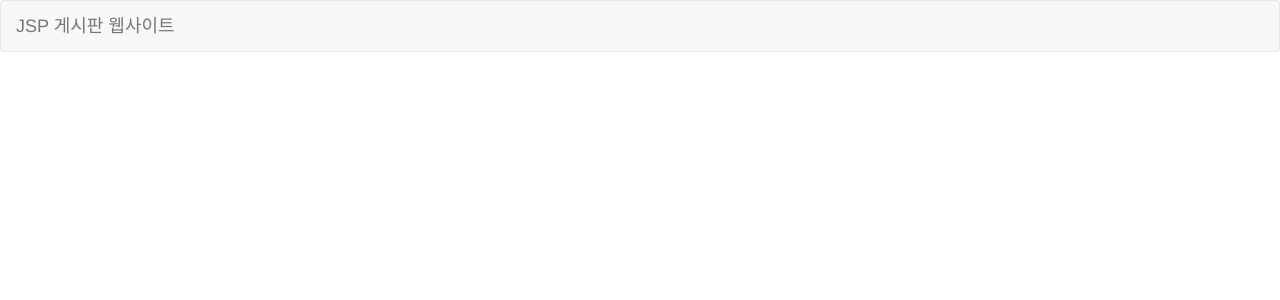
Repository: Minsu9130/JSP-
Page: http://localhost/BBS/join.jsp
The author's editor kept a copy of each file at every save. The page is drawn from the files as they stood at one save, then again after the next save.
The browser window is 1280 px wide. The pictures show the whole page.
Some web libraries are served in a nearby version. The page is served by Tomcat 9.

Above is the page before, as saved 2021-07-01 08:12:34.

After the next save:
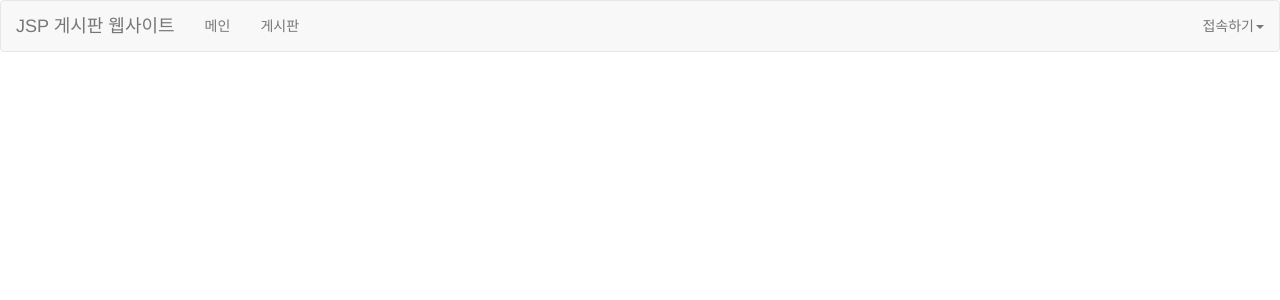
Saved 8 min 11 s later.
--- a/BBS/WebContent/join.jsp
+++ b/BBS/WebContent/join.jsp
@@ -19,6 +19,20 @@
 			</button>
 			<a class="navbar-brand" href="main.jsp">JSP 게시판 웹사이트</a>
 		</div>
+		<div class="collapse navbar-collapse" id="bs-example-navbar-collapse-1">
+			<ul class="nav navbar-nav">
+				<li><a href="main.jsp">메인</a></li>
+				<li><a href="bbs.jsp">게시판</a></li>
+			</ul>
+			<ul class="nav navbar-nav navbar-right">
+				<li class="dropdown">
+					<a href="#" class="dropdown-toggle"
+						data-toggle="dropdown" role="button" aria-haspopup="true"
+						aria-expanded="false">접속하기<span class="caret"></span></a>
+
+				</li>
+			</ul>
+		</div>
 	</nav>
 	<script src="https://code.jquery.com/jquery-3.1.1.min.js"></script>
 	<script src="js/bootstrap.js"></script>
